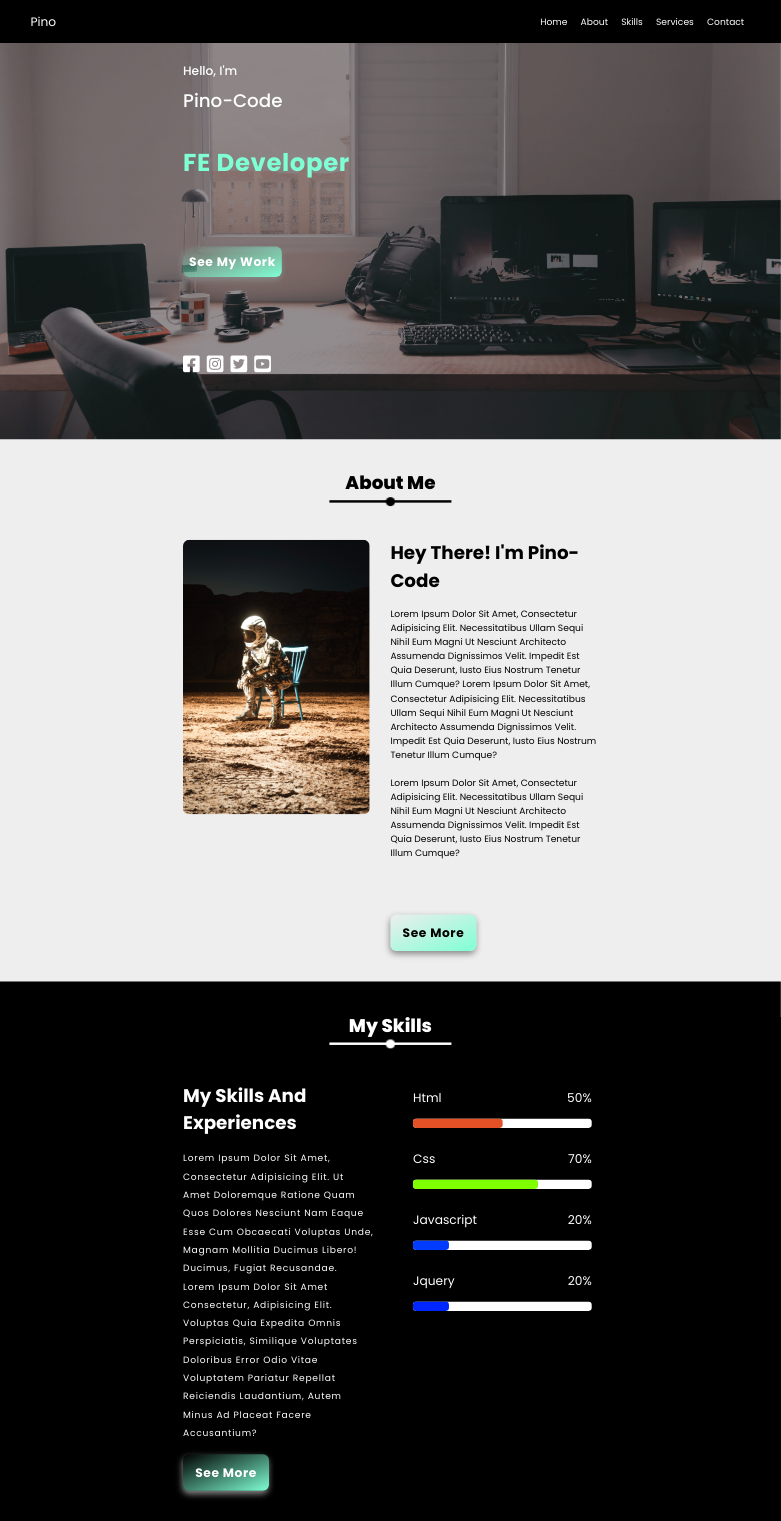
Repository: Pinocoding/New
Page: index.html
The author's editor kept a copy of each file at every save. The page is drawn from the files as they stood at one save, then again after the next save.
The browser window is 1280 px wide. The pictures show the whole page, at 61% of full size.
Backgrounds fixed to the window are drawn as part of the page.

Above is the page before, as saved 2021-10-13 22:50:33.

After the next save:
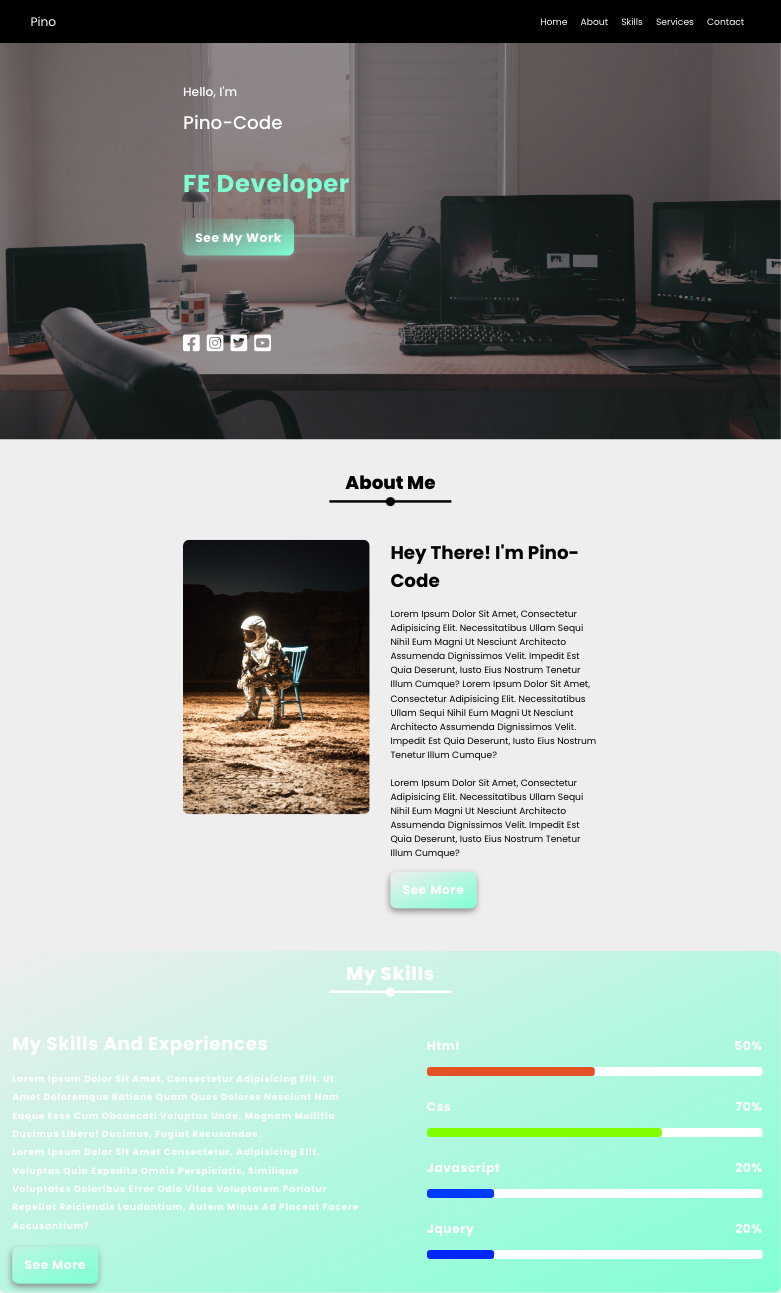
Saved 2 min 9 s later.
--- a/style.css
+++ b/style.css
@@ -337,7 +337,8 @@
   line-height: 3rem;
   letter-spacing: 1.2px;
 }
-.skills .btn {
+.skills,
+.content .btn {
   margin-top: 2rem;
   color: white;
 

After the save that followed:
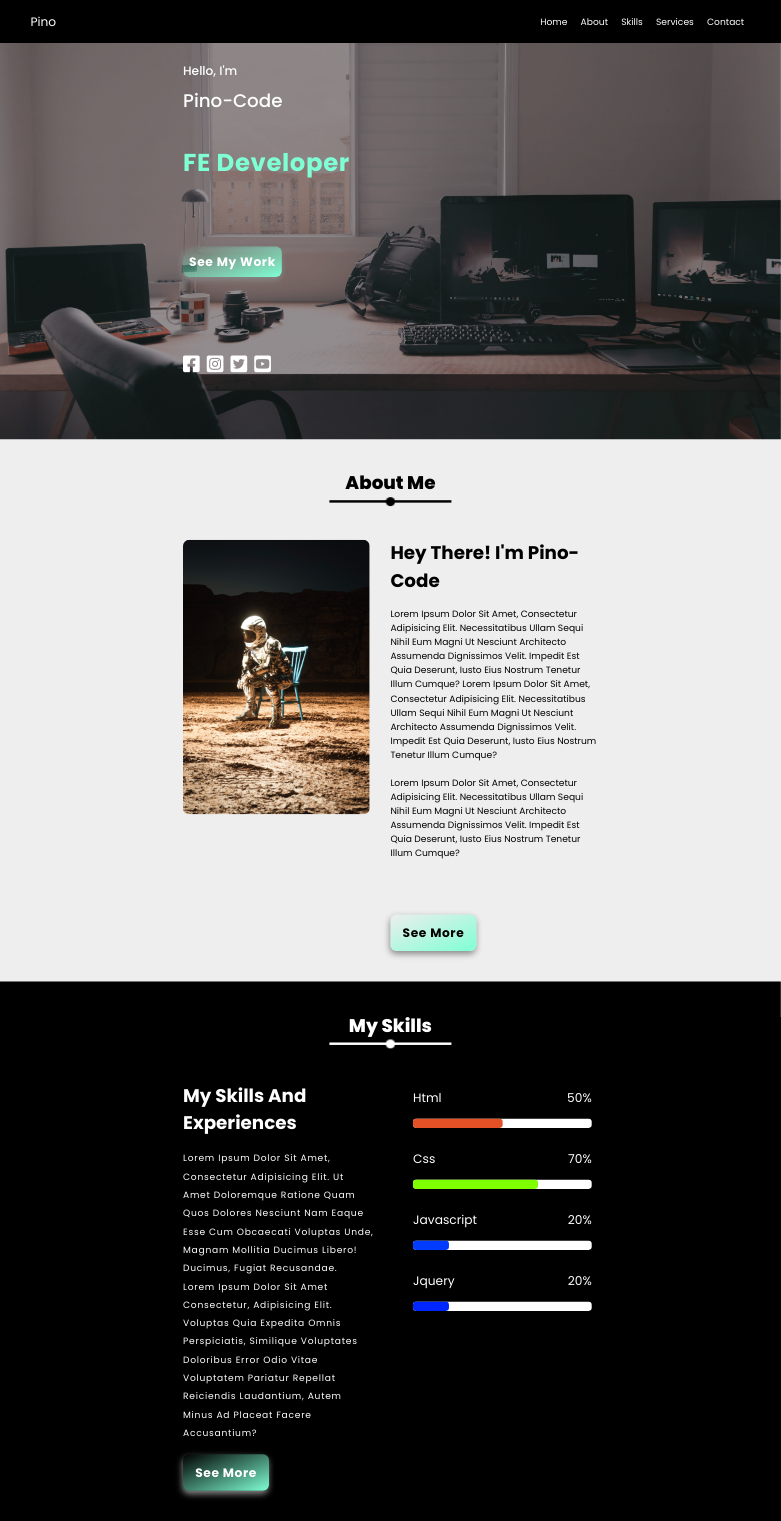
Saved 6 s later.
--- a/style.css
+++ b/style.css
@@ -337,8 +337,7 @@
   line-height: 3rem;
   letter-spacing: 1.2px;
 }
-.skills,
-.content .btn {
+.skills .content .btn {
   margin-top: 2rem;
   color: white;
 
